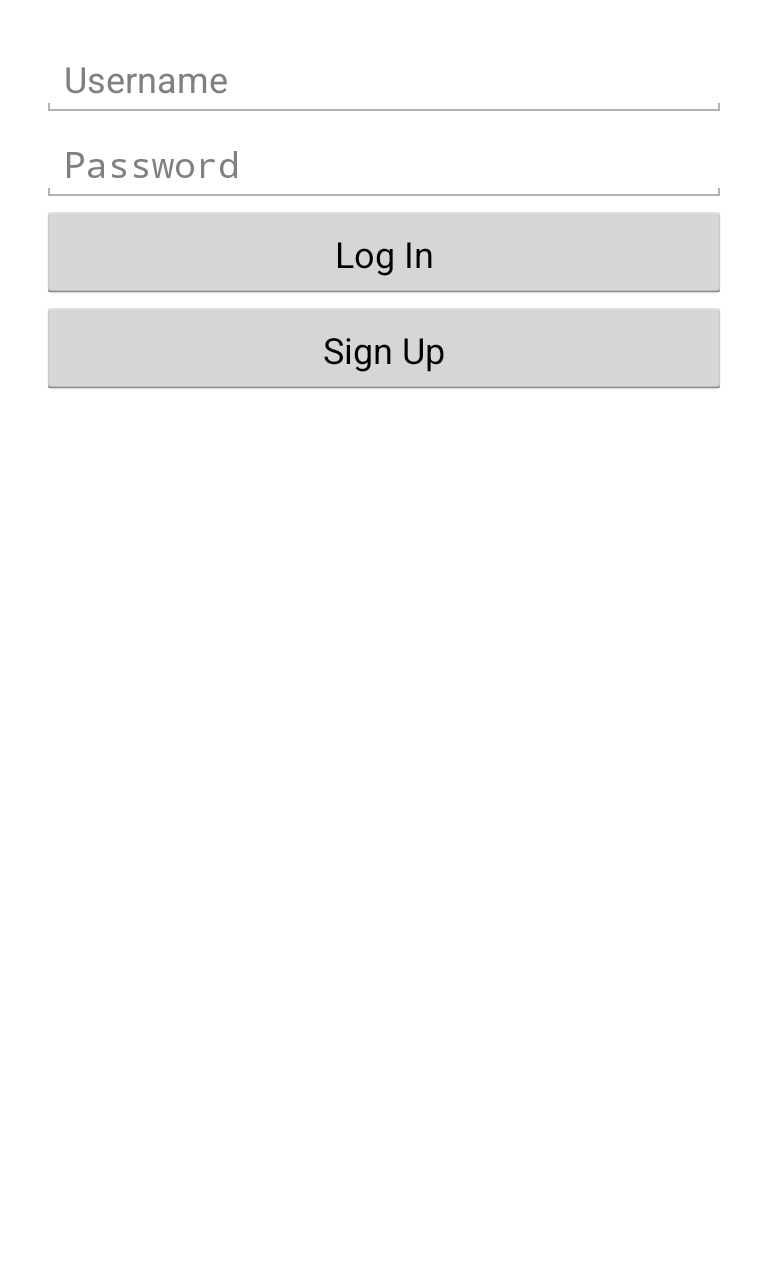
Repository: efreestone/CPM_Freestone
Layout: Project1Android/res/layout/activity_login.xml
These files come from the project's save history. The layout is drawn as it stood at one moment and after the next save; the edit follows.
It is drawn on a 768 x 1280 px phone screen (xhdpi) without system bars, with theme AppTheme; the app's code is not run.

Above is the layout before, as saved 2014-10-02 01:03:04.

### Project1Android/res/layout/activity_login.xml
<RelativeLayout xmlns:android="http://schemas.android.com/apk/res/android"
    android:layout_width="fill_parent"
    android:layout_height="fill_parent"
    android:orientation="vertical"
    android:padding="20dp" >

    <EditText
        android:id="@+id/usernameEditText"
        android:layout_width="fill_parent"
        android:layout_height="wrap_content"
        android:hint="@string/usernameTitleText"
        android:inputType="text" />

    <EditText
        android:id="@+id/passwordEditText"
        android:layout_width="fill_parent"
        android:layout_height="wrap_content"
        android:layout_below="@id/usernameEditText"
        android:paddingTop="10dp"
        android:hint="@string/passwordTitleText"
        android:inputType="textPassword" />

    <Button
        android:id="@+id/loginButton"
        android:layout_width="fill_parent"
        android:layout_height="wrap_content"
        android:layout_below="@id/passwordEditText"
        android:paddingTop="10dp"
        android:text="@string/loginButtonText" />

    <Button
        android:id="@+id/signupButton"
        android:layout_width="fill_parent"
        android:layout_height="wrap_content"
        android:layout_below="@id/loginButton"
        android:paddingTop="10dp"
        android:text="@string/signupButtonText" />

</RelativeLayout>

### Project1Android/res/values/strings.xml
<?xml version="1.0" encoding="utf-8"?>
<resources>

    <string name="app_name">Project1Android</string>
    <string name="hello_world">Hello world!</string>
    <string name="action_settings">Settings</string>
    <string name="newPlusButton">New Client</string>
    <string name="logoutButtonText">Log Out</string>

    <string name="loginButtonText">Log In</string>
    <string name="signupButtonText">Sign Up</string>

    <string name="usernameTitleText">Username</string>
    <string name="passwordTitleText">Password</string>
</resources>

Loaded but not shown: Project1Android/res/values/styles.xml (common file); Project1Android/res/values-v11/styles.xml (common file); Project1Android/res/values-v14/styles.xml (common file)

After the next save:
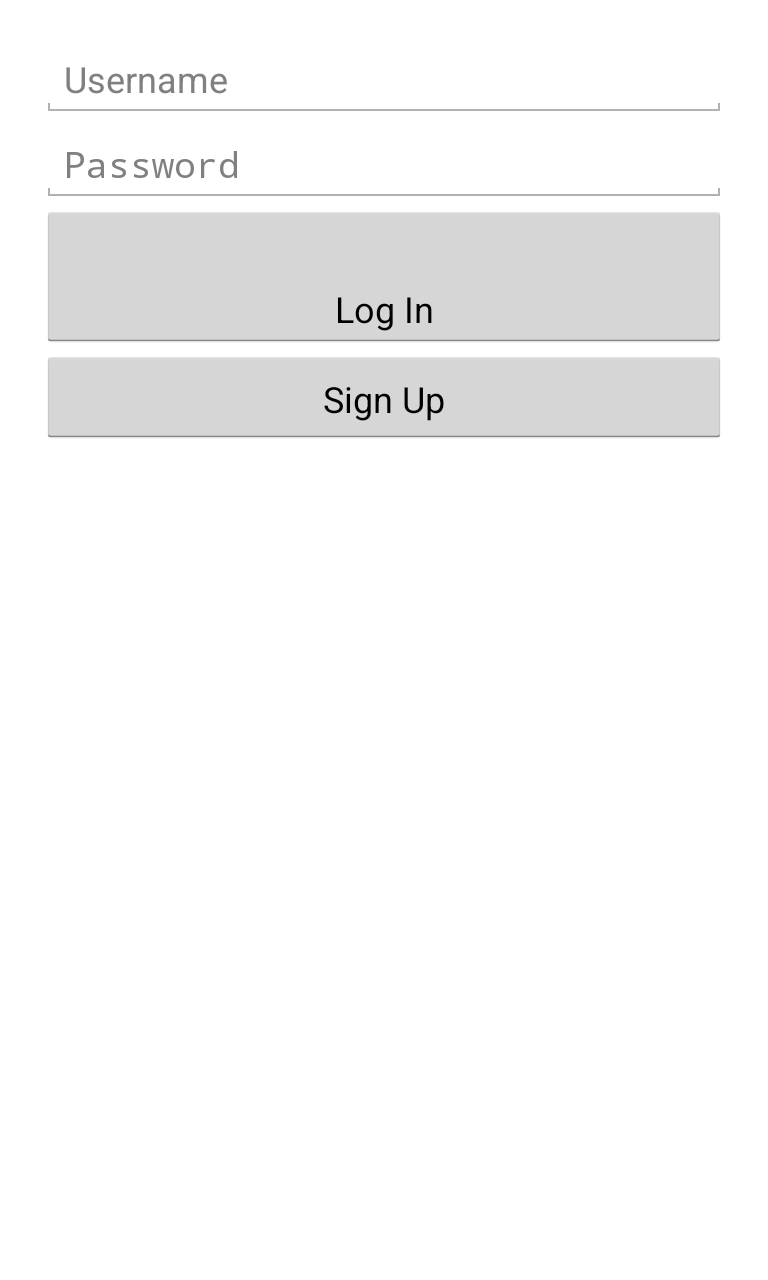
Saved 17 s later.
--- a/Project1Android/res/layout/activity_login.xml
+++ b/Project1Android/res/layout/activity_login.xml
@@ -25,7 +25,7 @@
         android:layout_width="fill_parent"
         android:layout_height="wrap_content"
         android:layout_below="@id/passwordEditText"
-        android:paddingTop="10dp"
+        android:paddingTop="40dp"
         android:text="@string/loginButtonText" />
 
     <Button
